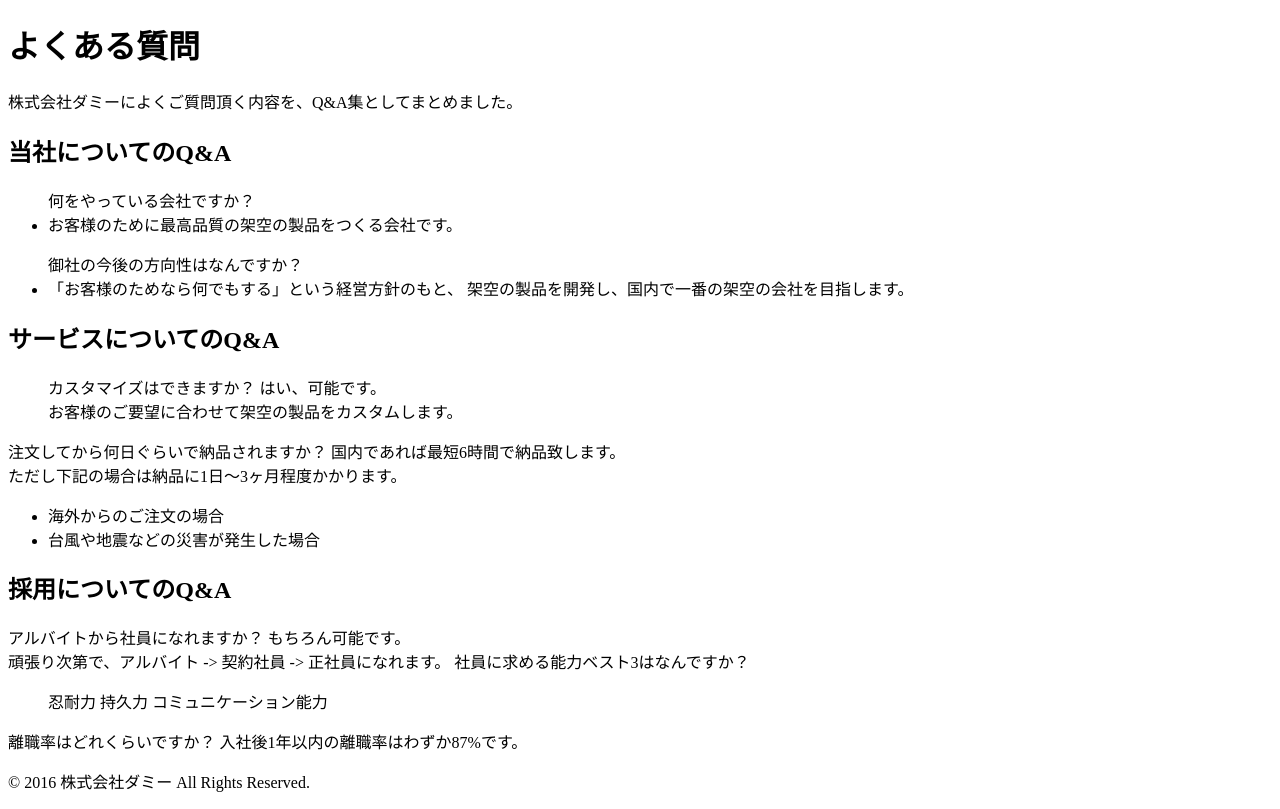
Repository: winc1980/practice-hp2022-wednesday
Page: ruka/practice1.html
An editor plug-in stored every save of this project. The page is shown before and after a run of saves, followed by the edit.
The browser window is 1280 px wide. The pictures show the whole page.

Above is the page before, as saved 2022-05-26 00:10:22.

### ruka/practice1.html
<!DOCTYPE html>
<html lang="ja">
<head>
    <meta charset="UTF-8">
    <meta http-equiv="X-UA-Compatible" content="IE=edge">
    <meta name="viewport" content="width=device-width, initial-scale=1.0">
    <title>よくある質問 | 架空の株式会社ダミー</title>
</head>
<body>
    <h1>よくある質問</h1>

<p>
株式会社ダミーによくご質問頂く内容を、Q&A集としてまとめました。
</p>

<h2>当社についてのQ&A</h2>

<ul>
何をやっている会社ですか？
<li>
お客様のために最高品質の架空の製品をつくる会社です。
</li>
</ul>
<ul>
御社の今後の方向性はなんですか？
<li>
「<span>お客様のためなら何でもする</span>」という経営方針のもと、
架空の製品を開発し、<span>国内で一番の架空の会社を目指します</span>。
</li>
</ul>

<h2>サービスについてのQ&A</h2>
<ul>
カスタマイズはできますか？
はい、可能です。<br>
お客様のご要望に合わせて架空の製品をカスタムします。
</ul>

注文してから何日ぐらいで納品されますか？
国内であれば最短6時間で納品致します。<br>
ただし下記の場合は納品に1日〜3ヶ月程度かかります。
<ul>
<li>
海外からのご注文の場合
</li>
<li>
台風や地震などの災害が発生した場合
</li>
</ul>
<h2>採用についてのQ&A</h2>

アルバイトから社員になれますか？

もちろん可能です。<br>
頑張り次第で、アルバイト -> 契約社員 -> 正社員になれます。
社員に求める能力ベスト3はなんですか？
<ul>
忍耐力
持久力
コミュニケーション能力
</ul>


離職率はどれくらいですか？
入社後1年以内の離職率は<span>わずか</span>87%です。
<p>
© 2016 株式会社ダミー All Rights Reserved.
</p>
</body>
</html>

After the next 2 saves:
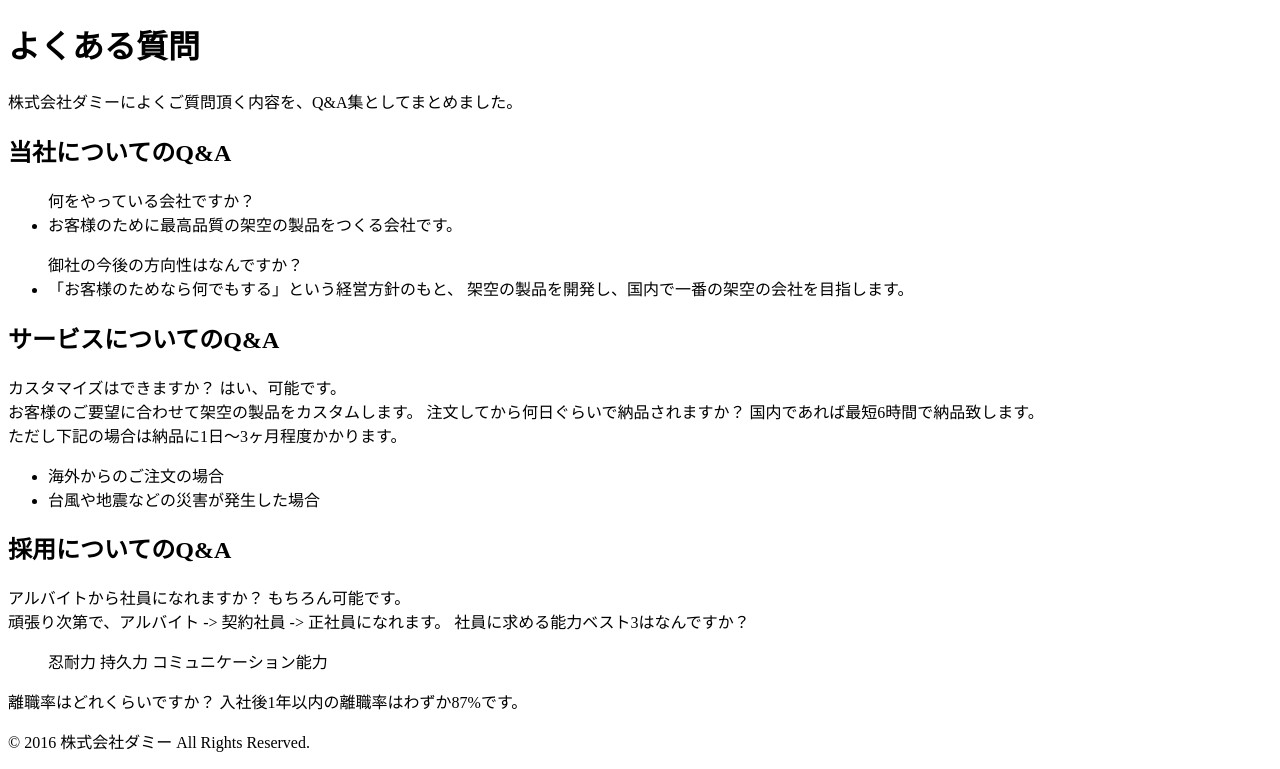
The 2 saves are shown as one change because they came seconds apart.
The last was saved 16 s later.
--- a/ruka/practice1.html
+++ b/ruka/practice1.html
@@ -30,11 +30,11 @@
 </ul>
 
 <h2>サービスについてのQ&A</h2>
-<ul>
+
 カスタマイズはできますか？
 はい、可能です。<br>
 お客様のご要望に合わせて架空の製品をカスタムします。
-</ul>
+
 
 注文してから何日ぐらいで納品されますか？
 国内であれば最短6時間で納品致します。<br>
